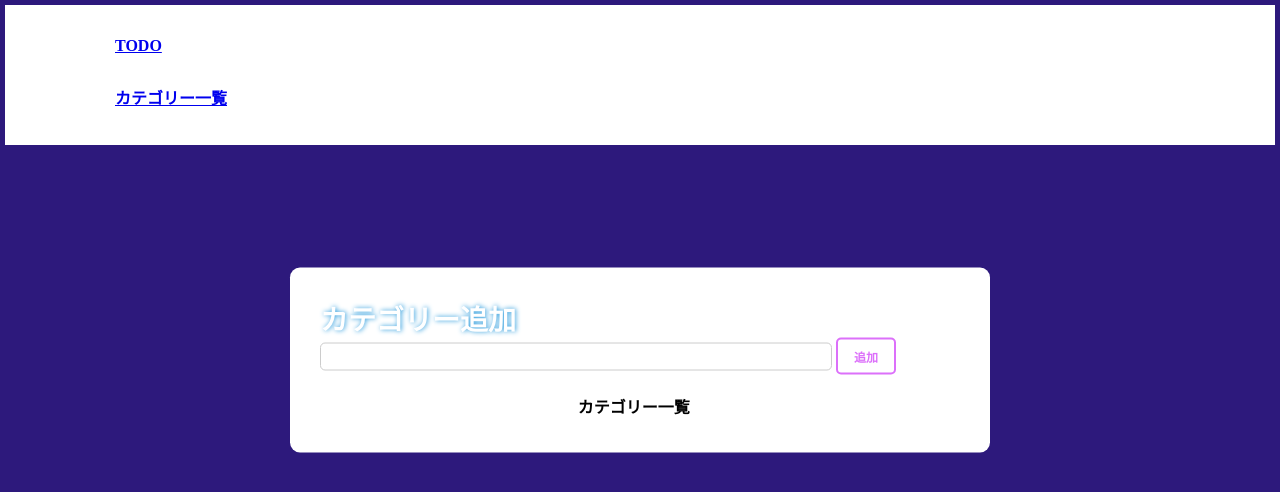
Repository: azuma2/cate
Page: http://localhost/cate
The author's editor kept a copy of each file at every save. The page is drawn from the files as they stood at one save, then again after a run of saves.
The browser window is 1280 px wide. The pictures show the whole page.
The page is served by the project's Laravel application, run on PHP 8.4 with Laravel 8. Other server files are loaded and not shown. Queries for data that is not in the repository find no rows.

Above is the page before, as saved 2022-05-17 19:37:16.

### routes/web.php
<?php

use Illuminate\Support\Facades\Route;
use App\Http\Controllers\TodoController;
use App\Http\Controllers\CateController;


Route::get('/', [TodoController::class, 'index']);

Route::get('/cate', [CateController::class, 'index']);

Route::post('/todo/create', [TodoController::class, 'create']);
Route::post('/todo/update', [TodoController::class, 'update']);
Route::post('/todo/delete', [TodoController::class, 'remove']);
Route::post('/todo/search', [TodoController::class, 'search']);
Route::post('/cate/create', [CateController::class, 'create']);
Route::post('/cate/update', [CateController::class, 'update']);
Route::post('/cate/delete', [CateController::class, 'remove']);
Route::post('/cate/search', [CateController::class, 'search']);

### app/Http/Controllers/CateController.php
<?php

namespace App\Http\Controllers;

use App\Models\Todo;
use App\Models\Cate;
use Illuminate\Http\Request;
use Illuminate\Support\Facades\DB;

class CateController extends Controller
{
    public function index()
    {
        $this->cate = new Cate();
        $items = Cate::all();
        $items = DB::select('select * from cates');
        return view('cate', ['items' => $items]);
    }


    public function create(Request $request)
    {
        $param = ['content' => $request->content,];
        $this->validate($request, Cate::$rules);
        DB::insert('insert into cates (content) values (:content)', $param);
        return view('cate.create', compact('cates'));
    }

    public function update(Request $request)
    {
        $param = [
            'id' => $request->id,
            'content' => $request->content,
        ];
        $cates = $this->cate->get();
        $this->validate($request, Cate::$rules);
        DB::update('update cates set content =:content where id =:id', $param);
        return redirect('/');
    }

    public function remove(Request $request)
    {
        $param = ['id' => $request->id];
        DB::delete('delete from cates where id =:id', $param);
        return redirect('/');
    }

}

### app/Models/cate.php
<?php


namespace App\Models;

use Illuminate\Database\Eloquent\Factories\HasFactory;
use Illuminate\Database\Eloquent\Model;
use App\Models\Todo;

class Cate extends Model
{
    use HasFactory;

    protected $fillable = ['content'];

    public static $rules = array(
        'content' => 'required|max:10',
    );

    public function todo(){
        return $this->belongsTo('App\Models\todo');
    }


}

### resources/views/cate.blade.php
<style>
    body {
      font-size:16px;
      margin: 5px;
      background-color: #2d197c;
    }


header{
  padding-right:50px;
  padding-left:50px;
  padding-top:20px;
  position: sticky;
  left: 0;
  top: 0;
  background: #fff;
}
.head {
  justify-content: space-between;
  display: flex;
  font-weight: bolder;
  position: sticky;
  bottom: 0;
}

.head1{
  padding: 10px;
  margin: 10px;
}

.head2{
  padding: 10px;
  margin: 10px;
}

ul{
  list-style: none;
  margin-top: -8px;
}

    td {
      padding: 5px 10px;
      text-align: center;
    }

    .narabe{
      display:flex;
      flex-flow: column;
    }

    .button {
    text-align: left;
    border: 2px solid #dc70fa;
    font-size: 12px;
    color: #dc70fa;
    background-color: #fff;
    font-weight: bold;
    padding: 8px 16px;
    border-radius: 5px;
    cursor: pointer;
    transition: 0.4s;
    outline: none;
}
.input-add {
    width: 80%;
    padding: 5px;
    border-radius: 5px;
    border: 1px solid #ccc;
    appearance: none;
    font-size: 14px;
    outline: none;
}
.input-update {
    width: 90%;
    padding: 5px;
    border-radius: 5px;
    border: 1px solid #ccc;
    appearance: none;
    font-size: 14px;
    outline: none;
}
    .card {
    background-color: #fff;
    width: 50vw;
    padding: 30px;
    position: absolute;
    top: 50%;
    left: 50%;
    transform: translate(-50%, -50%);
    border-radius: 10px;
}
    h2 {
      font-size:28px;
      color:white;
      text-shadow:1px 0 5px #289ADC;
      margin-left: 1px;
      margin: 0;
    }
    .content {
      margin:10px;
    }
</style>
<body>
  <header>
    <div class="head">
      <ul>
        <li class="head1"><a href="{{ url('/') }}">TODO</a></li>
        <li class="head2"><a href="{{ url('/cate') }}">カテゴリー一覧</a></li>
      </ul>
    </div>
  </header>






  <div class="container">
    <div class="card">
      <h2 class="title">カテゴリー追加</h2>
            <div class="todo">
              @if ($errors->has('content'))
                  <tr>
                    <th>ERROR</th>
                  <td>
                  {{$errors->first('content')}}
                </td>
            </tr>
          @endif
        <form action="/cate/create" method="post">
            @csrf
          <input type="text" class="input-add" name="content">
          <input class="button" type="submit" value="追加" />
        </form>
          <div class="narabe">
        <table>
            @csrf
          <tr>
            <th></th>
            <th>カテゴリー一覧</th>
            <th></th>
            <th></th>
          </tr>

                    <tr>
            @foreach ($items as $item)

            <td>

            </td>

            <form action="/cate/update" method="post">
              @csrf
              <td>
                <input type="text" class="input-update" value="{{$item->content}}" name="content" />
              </td>
              <td>
                <input type="hidden"  name="id" value="{{$item->id}}">
                <input class="button" type="submit" value="更新" >
              </td>
            </form>
            <td>
              <form action="/cate/delete" method="post" >
                    @csrf
                <input  type="hidden" name="id" value="{{$item->id}}" >
                <input class="button" type="submit" value="削除" >
              </form>
            </td>
            </div>
          </tr>
          @endforeach
        </table>
      </div>
    </div>
  </div>
  </div>

</body>
</html>

Loaded but not shown: app/Http/Controllers/Controller.php (common file)

After the next 2 saves:
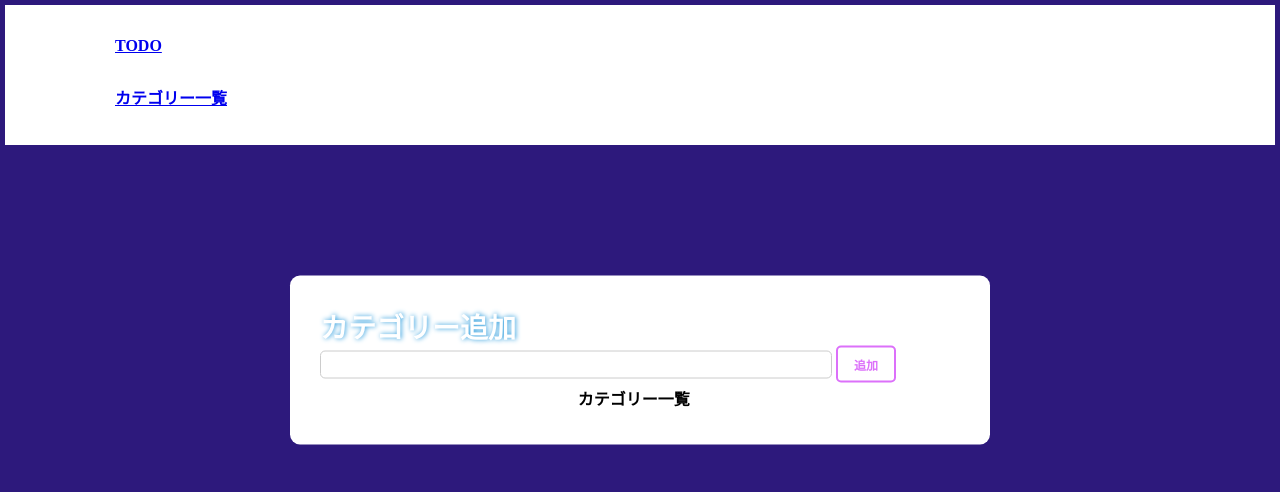
The 2 saves are shown as one change because they came seconds apart.
The last was saved 3 min 18 s later.
--- a/resources/views/cate.blade.php
+++ b/resources/views/cate.blade.php
@@ -99,6 +99,10 @@ ul{
     .content {
       margin:10px;
     }
+    form {
+
+    margin: 0;
+}
 </style>
 <body>
   <header>
